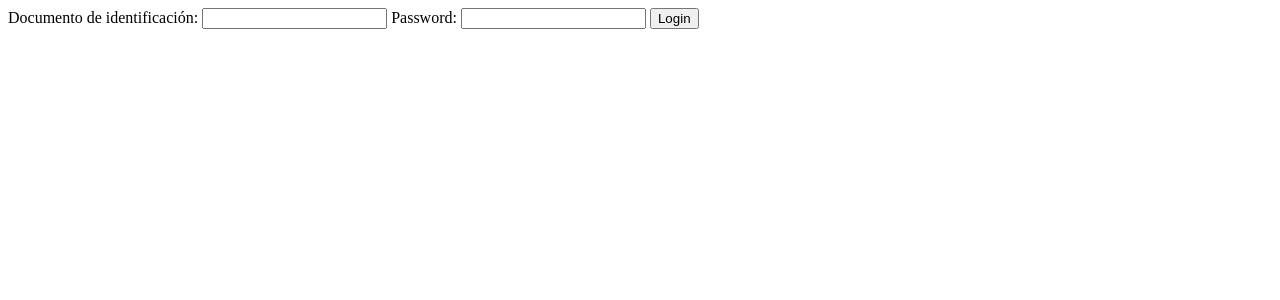
Repository: pacoigloo/Anexia
Page: login.html
The author's editor kept a record of every edit. The page is drawn from the files as they stood at one moment, then again after the next edit.
The browser window is 1280 px wide. The pictures show the whole page.

Above is the page before.

After the next edit:
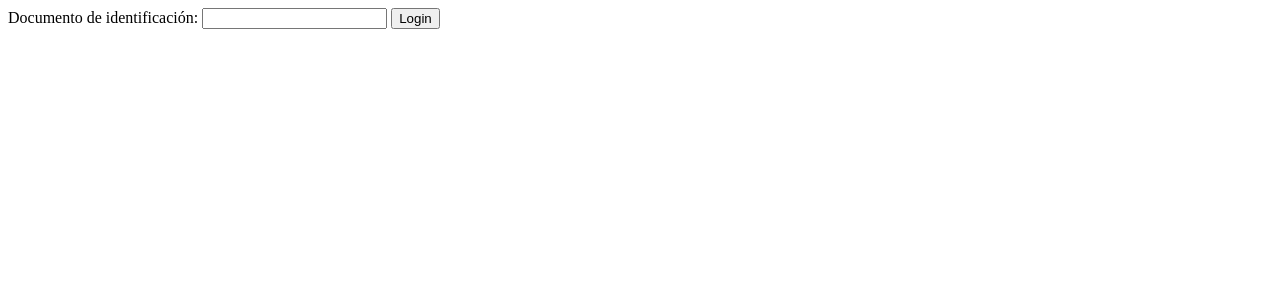
The edit:
--- a/login.html
+++ b/login.html
@@ -1,8 +1,6 @@
 <!--<form name="loginForm" ng-controller="LoginController" ng-submit="login(credentials)" novalidate>-->
 <form name="loginForm">
-    <label for="username">Documento de identificación:</label>
-    <input type="text" id="username" ng-model="credentials.username">
-    <label for="password">Password:</label>
-    <input type="password" id="password" ng-model="credentials.password">
+    <label id="login-label" for="userid">Documento de identificación:</label>
+    <input type="text" id="userid" ng-model="credentials.userid">
     <button type="submit">Login</button>
 </form>
